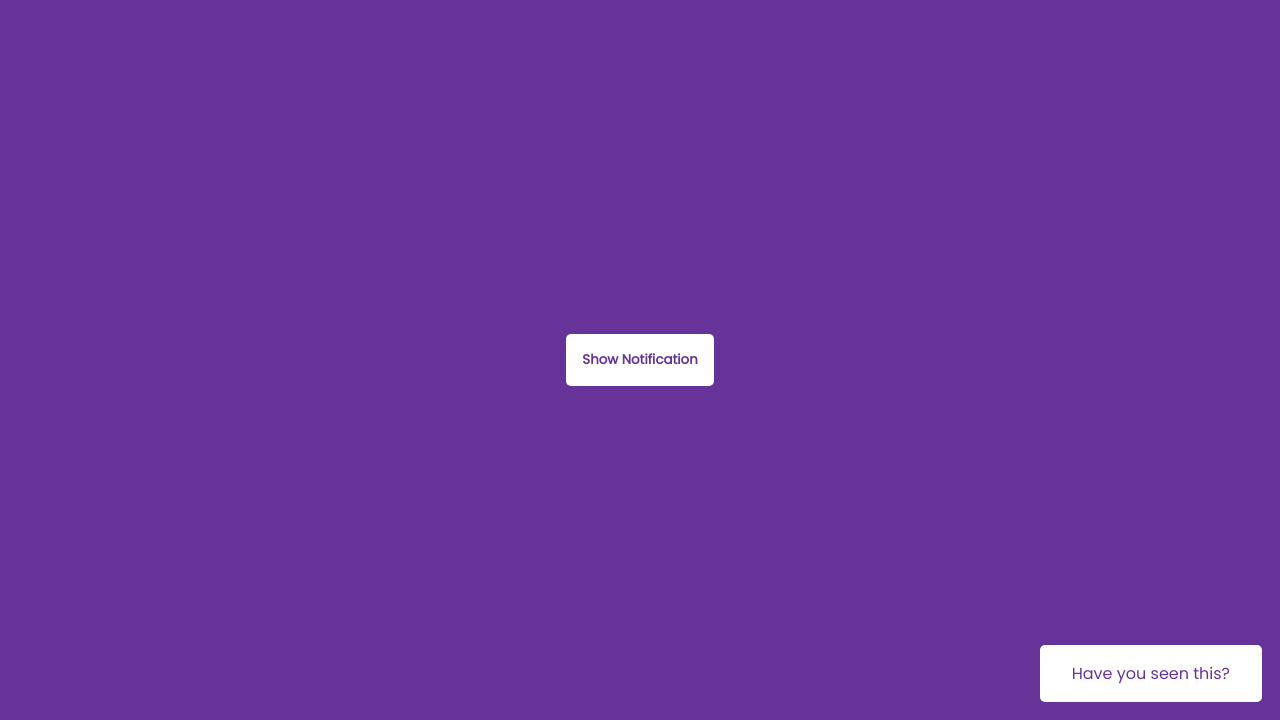
Repository: eagle-tex/50-projects-BT
Page: 27-toast-notification/index.html
An editor plug-in stored every save of this project. The page is shown before and after the next save, followed by the edit.
The browser window is 1280 px wide. The pictures show the whole page.

Above is the page before, as saved 2021-01-19 22:24:36.

### 27-toast-notification/index.html
<!DOCTYPE html>
<html lang="en">

<head>
  <meta charset="UTF-8" />
  <meta name="viewport" content="width=device-width, initial-scale=1.0" />
  <link rel="stylesheet" href="style.css" />
  <title>Toast Notification</title>
</head>

<body>
  <div id="toasts">
    <!-- <div class="toast">Hello World</div>
    <div class="toast">Toast Number 2</div> -->
  </div>

  <button class="btn" id="button">Show Notification</button>

  <script src="script.js"></script>
</body>

</html>

### 27-toast-notification/style.css
@import url('https://fonts.googleapis.com/css?family=Poppins:wght@200;400&display=swap');

* {
  box-sizing: border-box;
}

body {
  background-color: rebeccapurple;
  font-family: 'Poppins', sans-serif;
  display: flex;
  flex-direction: column;
  align-items: center;
  justify-content: center;
  height: 100vh;
  overflow: hidden;
  margin: 0;
}

.btn {
  background-color: #fff;
  color: rebeccapurple;
  font-family: inherit;
  font-weight: bold;
  padding: 1rem;
  border-radius: 5px;
  -webkit-border-radius: 5px;
  -moz-border-radius: 5px;
  -ms-border-radius: 5px;
  -o-border-radius: 5px;
  border: none;
  cursor: pointer;
}

.btn:focus {
  outline: none;
}

.btn:active {
  transform: scale(0.98);
  -webkit-transform: scale(0.98);
  -moz-transform: scale(0.98);
  -ms-transform: scale(0.98);
  -o-transform: scale(0.98);
}

#toasts {
  position: fixed;
  bottom: 10px;
  right: 10px;
  display: flex;
  flex-direction: column;
  align-items: flex-end;
}

.toast {
  background-color: #fff;
  color: rebeccapurple;
  border-radius: 5px;
  -webkit-border-radius: 5px;
  -moz-border-radius: 5px;
  -ms-border-radius: 5px;
  -o-border-radius: 5px;
  padding: 1rem 2rem;
  margin: 0.5rem;
}

### 27-toast-notification/script.js
const button = document.getElementById('button');
const toasts = document.getElementById('toasts');
const body = document.querySelector('body');

const messages = [
  'Message One',
  'Something new',
  'Have you seen this?',
  'Unheard of yet!',
];

function createNotification() {
  const message = messages[Math.floor(Math.random() * messages.length)];
  setTimeout(() => {
    const toast = document.createElement('div');
    toast.classList.add('toast');
    toast.innerText = message;
    toast.style.right = 10;
    toast.style.bottom = 10;
    toasts.appendChild(toast);
  }, 1000);
}

button.addEventListener('click', createNotification());

After the next save:
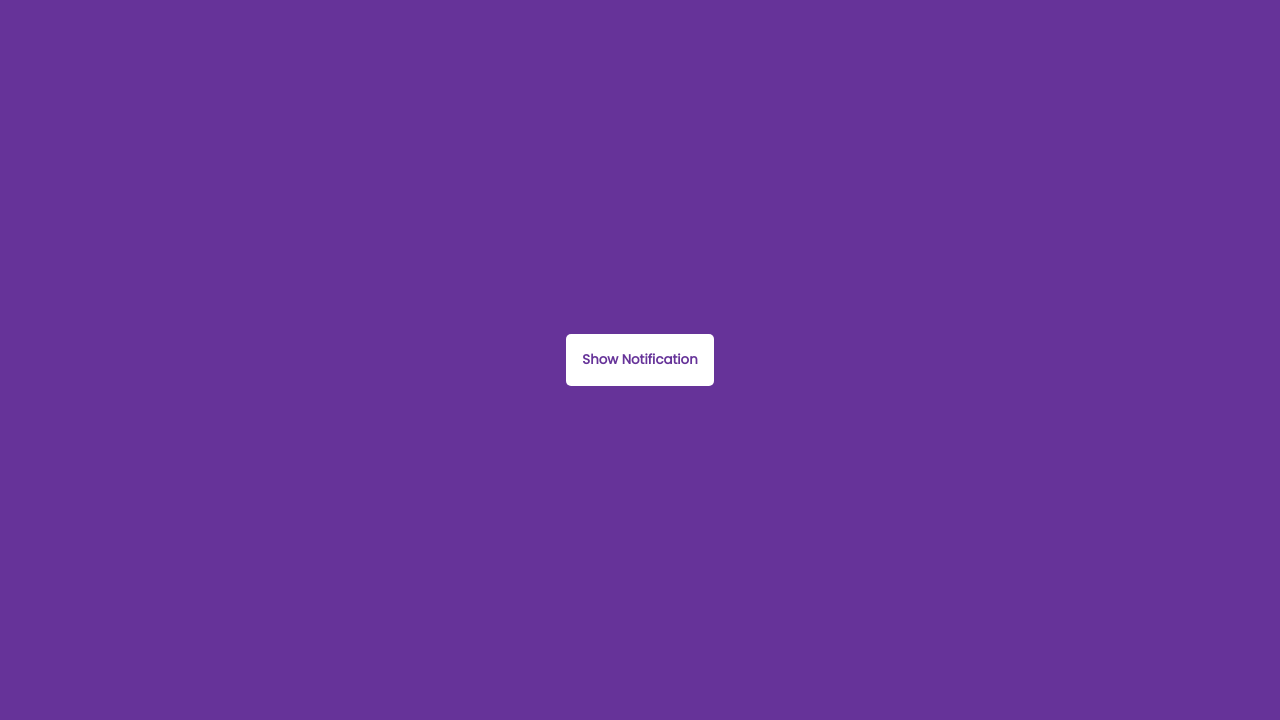
Saved 16 s later.
--- a/27-toast-notification/script.js
+++ b/27-toast-notification/script.js
@@ -21,4 +21,4 @@ function createNotification() {
   }, 1000);
 }
 
-button.addEventListener('click', createNotification());
+button.addEventListener('click', createNotification);
